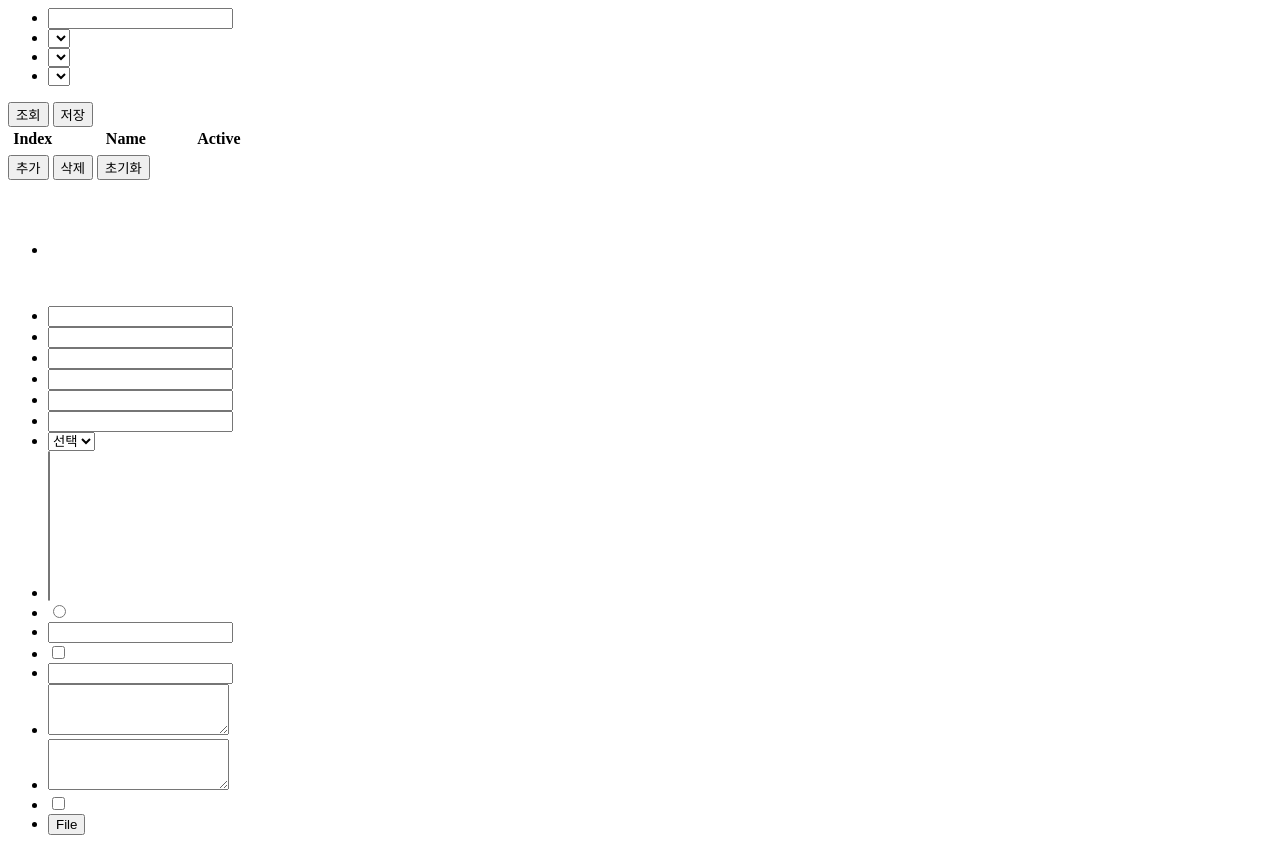
Repository: bbalganjjm/natural_js_boot
Page: src/main/resources/static/html/com/app/sample/type0401.html
The author's editor kept a copy of each file at every save. The page is drawn from the files as they stood at one save, then again after the next save.
The browser window is 1280 px wide. The pictures show the whole page.

Above is the page before, as saved 2021-03-18 17:21:27.
Console error: ReferenceError: N is not defined

After the next save:
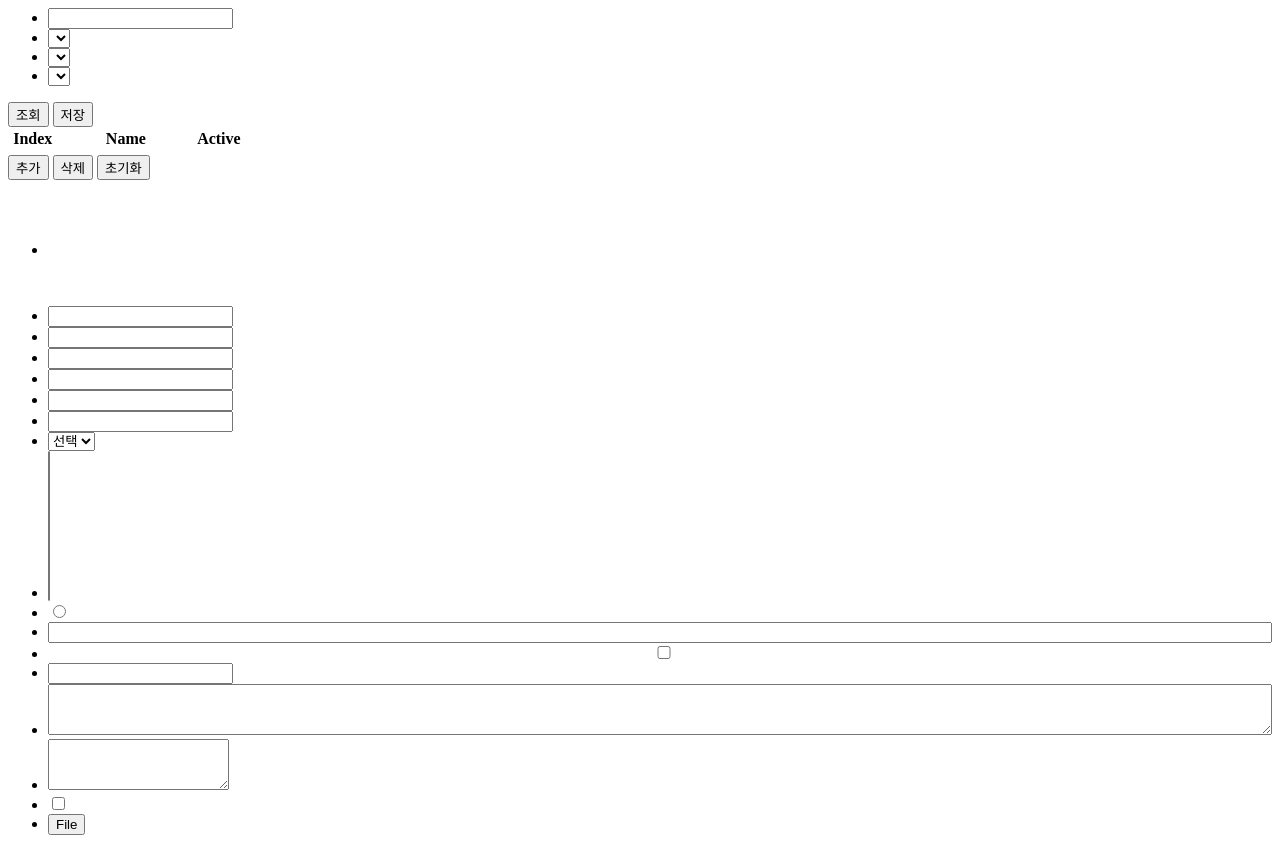
Saved 118 s later.
--- a/src/main/resources/static/html/com/app/sample/type0401.html
+++ b/src/main/resources/static/html/com/app/sample/type0401.html
@@ -83,19 +83,19 @@
                     <span><input id="gender" type="radio"></span>
                 </li>
                 <li>
-                    <span><input id="age" type="text" data-validate='[["required"], ["integer"]]' class="mdc-text-field" data-type="filled" data-label="Age" data-width="100%"></span>
-                </li>
-                <li>
-                    <span><input id="favoriteFruit" type="checkbox" data-validate='[["required"]]' data-width="100%"></span>
-                </li>
-                <li>
-                    <span><input id="registered" type="text" data-format='[["date", 8, "date"]]' data-validate='[["required"]]' class="mdc-text-field" data-type="filled" data-label="Registered" data-width="100%"></span>
-                </li>
-                <li>
-                    <span colspan="3"><textarea id="about" rows="3" data-validate='[["required"]]' class="mdc-text-field" title="About" data-width="100%"></textarea></span>
-                </li>
-                <li>
-                    <span colspan="3"><textarea id="greeting" rows="3" data-validate='[["required"]]' class="mdc-text-field" title="Greeting" data-width="100%"></textarea></span>
+                    <span><input id="age" type="text" data-validate='[["required"], ["integer"]]' class="mdc-text-field" data-type="filled" data-label="Age" style="width: 100%;" ></span>
+                </li>
+                <li>
+                    <span><input id="favoriteFruit" type="checkbox" data-validate='[["required"]]' style="width: 100%;" ></span>
+                </li>
+                <li>
+                    <span><input id="registered" type="text" data-format='[["date", 8, "date"]]' data-validate='[["required"]]' class="mdc-text-field" data-type="filled" data-label="Registered"></span>
+                </li>
+                <li>
+                    <span colspan="3"><textarea id="about" style="width: 100%;" rows="3" data-validate='[["required"]]' class="mdc-text-field" title="About"></textarea></span>
+                </li>
+                <li>
+                    <span colspan="3"><textarea id="greeting" rows="3" data-validate='[["required"]]' class="mdc-text-field" title="Greeting"></textarea></span>
                 </li>
                 <li>
                     <span colspan="3"><input id="isActive" type="checkbox"></span>

After the save that followed:
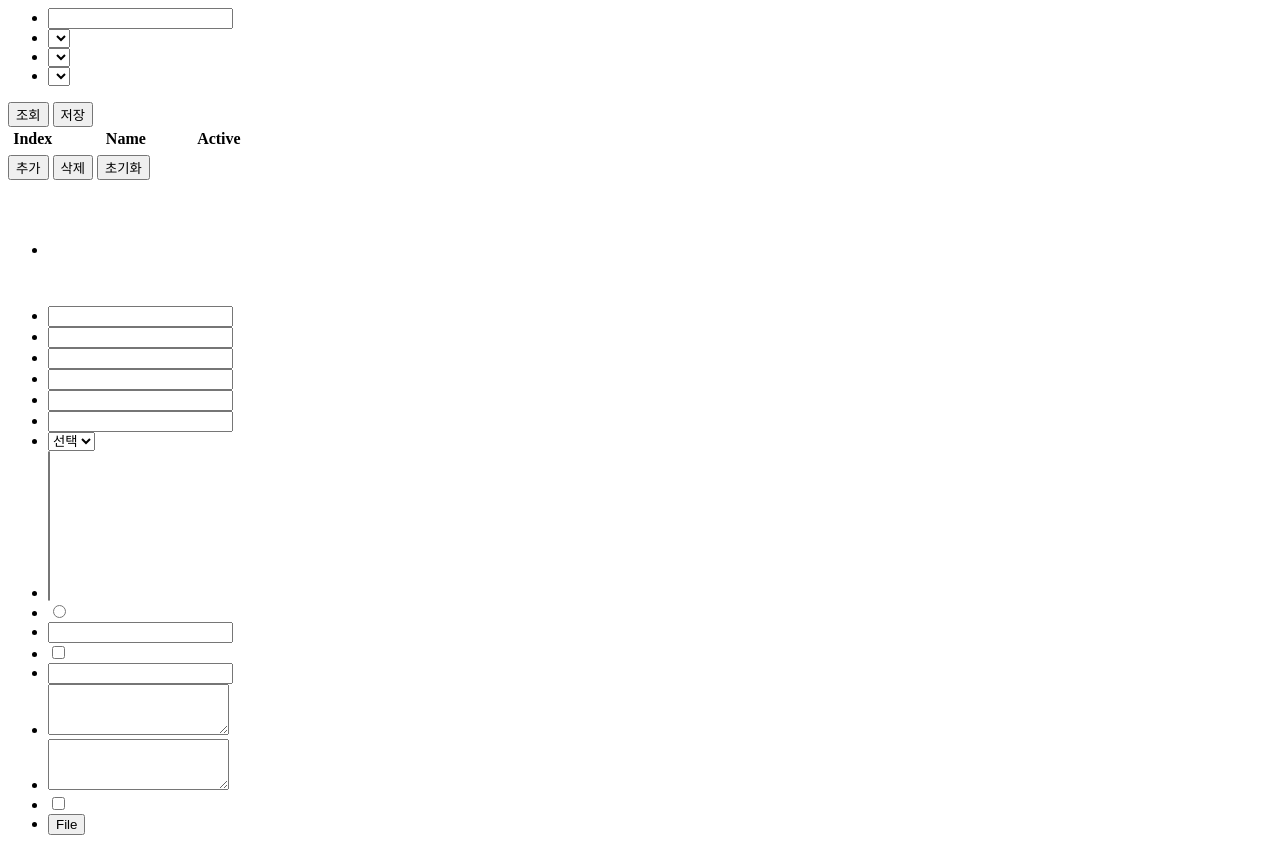
Saved 86 s later.
--- a/src/main/resources/static/html/com/app/sample/type0401.html
+++ b/src/main/resources/static/html/com/app/sample/type0401.html
@@ -83,16 +83,16 @@
                     <span><input id="gender" type="radio"></span>
                 </li>
                 <li>
-                    <span><input id="age" type="text" data-validate='[["required"], ["integer"]]' class="mdc-text-field" data-type="filled" data-label="Age" style="width: 100%;" ></span>
-                </li>
-                <li>
-                    <span><input id="favoriteFruit" type="checkbox" data-validate='[["required"]]' style="width: 100%;" ></span>
+                    <span><input id="age" type="text" data-validate='[["required"], ["integer"]]' class="mdc-text-field" data-type="filled" data-label="Age"></span>
+                </li>
+                <li>
+                    <span><input id="favoriteFruit" type="checkbox" data-validate='[["required"]]'></span>
                 </li>
                 <li>
                     <span><input id="registered" type="text" data-format='[["date", 8, "date"]]' data-validate='[["required"]]' class="mdc-text-field" data-type="filled" data-label="Registered"></span>
                 </li>
                 <li>
-                    <span colspan="3"><textarea id="about" style="width: 100%;" rows="3" data-validate='[["required"]]' class="mdc-text-field" title="About"></textarea></span>
+                    <span colspan="3"><textarea id="about" rows="3" data-validate='[["required"]]' class="mdc-text-field" title="About"></textarea></span>
                 </li>
                 <li>
                     <span colspan="3"><textarea id="greeting" rows="3" data-validate='[["required"]]' class="mdc-text-field" title="Greeting"></textarea></span>
